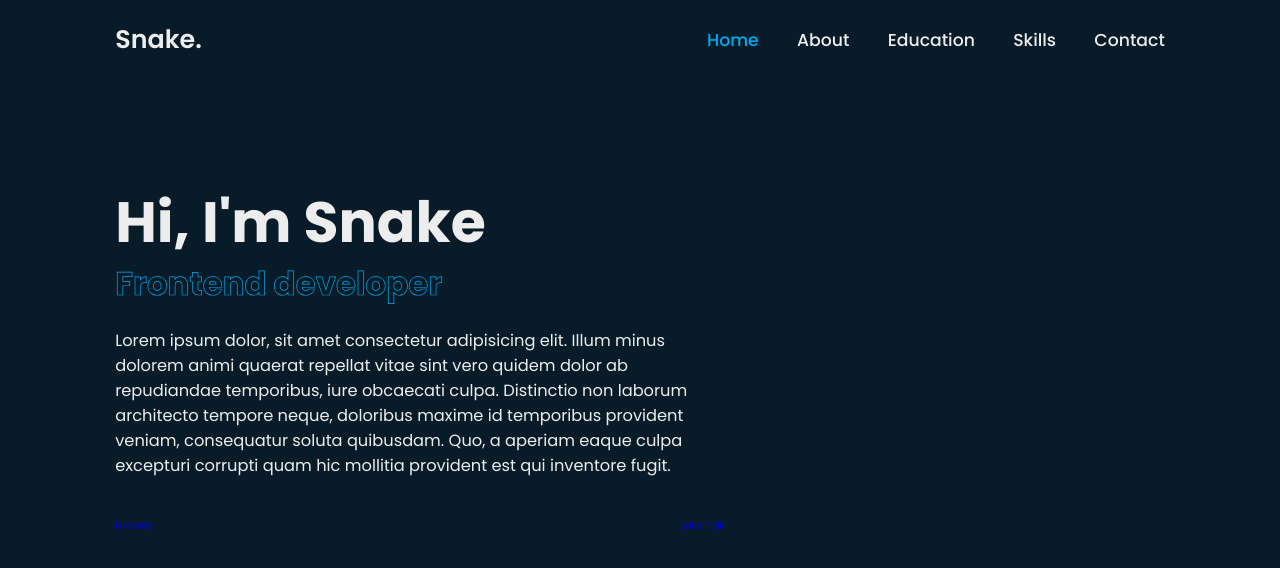
Repository: Tanty102/About_Me
Page: index.html
These files come from the project's save history. The page is drawn as it stood at one moment and after the next save; the edit follows.
The browser window is 1280 px wide. The pictures show the whole page.

Above is the page before, as saved 2023-09-12 16:42:35.

### index.html
<!DOCTYPE html>
<html lang="en">
  <head>
    <meta charset="UTF-8" />
    <meta name="viewport" content="width=device-width, initial-scale=1.0" />
    <link rel="stylesheet" href="style.css" />
    <title>CV Snake</title>
  </head>

  <!-- box icons -->
  <link href='https://unpkg.com/boxicons@2.1.4/css/boxicons.min.css' rel='stylesheet'>
  <body>
    <!-- Header design -->
    <header class="header">
      <a href="#" class="logo">Snake.</a>

      <div class="bx bx-menu" id="menu-icon"></div>

      <nav class="navbar">
        <a href="#home" class="active">Home</a>
        <a href="#about">About</a>
        <a href="#education">Education</a>
        <a href="#skills">Skills</a>
        <a href="#contact">Contact</a>
      </nav>
    </header>

    <!-- home section design -->
    <section class="home" id="home">
      <div class="home-content">
        <h1>Hi, I'm <span>Snake</span></h1>
        <div class="text-animate">
          <h3>Frontend developer</h3>
        </div>
        <p>Lorem ipsum dolor, sit amet consectetur adipisicing elit. Illum minus dolorem animi quaerat repellat vitae sint vero quidem dolor ab repudiandae temporibus, iure obcaecati culpa. Distinctio non laborum architecto tempore neque, doloribus maxime id temporibus provident veniam, consequatur soluta quibusdam. Quo, a aperiam eaque culpa excepturi corrupti quam hic mollitia provident est qui inventore fugit.</p>

        <div class="btn-box">
          <a href="#" class="btn">Hire Me</a>
          <a href="#" class="btn">Let's Talk</a>
        </div>
      </div>
    </section>

    <script src="main.js"></script>
  </body>
</html>

### style.css
@import url("https://fonts.googleapis.com/css2?family=Poppins:wght@300;400;500;600;700;800;900&display=swap");

* {
  margin: 0;
  padding: 0;
  box-sizing: border-box;
  text-decoration: none;
  border: none;
  outline: none;
  scroll-behavior: smooth;
  font-family: "Poppins", sans-serif;
}

:root {
  --bg-color: #081b29;
  --second-bg-color: #112e42;
  --text-color: #ededed;
  --main-color: #00abf0;
}

html {
  font-size: 63.5%;
  overflow-x: hidden;
}

body {
  background: var(--bg-color);
  color: var(--text-color);
}

.header {
  position: fixed;
  top: 0;
  left: 0;
  width: 100%;
  padding: 2rem 9%;
  background: transparent;
  display: flex;
  justify-content: space-between;
  align-items: center;
  z-index: 100;
}

.logo {
  font-size: 2.5rem;
  color: var(--text-color);
  font-weight: 600;
}

.navbar a {
  font-size: 1.7rem;
  color: var(--text-color);
  font-weight: 500;
  margin-left: 3.5rem;
  transition: 0.3s;
}

.navbar a:hover,
.navbar a.active{
  color: var(--main-color);
}

#menu-icon {
  font-size: 3.6rem;
  color: var(--text-color);
  cursor: pointer;
  display: none;
}

section {
  min-height: 100vh;
  padding: 10rem 9% 2rem;
}

.home {
  display: flex;
  align-items: center;
  padding: 0 9%;
}

.home-content {
  max-width: 60rem;
}

.home-content h1 {
  font-size: 5.6rem;
  font-weight: 700;
  line-height: 1.3;
}

.home-content .text-animate {
  position: relative;
  width: 32.8rem;
}

.home-content .text-animate h3 {
  font-size: 3.2rem;
  font-weight: 700;
  color: transparent;
  -webkit-text-stroke: 0.7px var(--main-color);
}

.home-content p {
  font-size: 1.6rem;
  margin: 2rem 0 4rem;
}

.btn-box {
  position: relative;
  display: flex;
  justify-content: space-between;
  width: ;
}

Loaded but not shown: main.js (no copy from this time; the picture is the same without it)

After the next save:
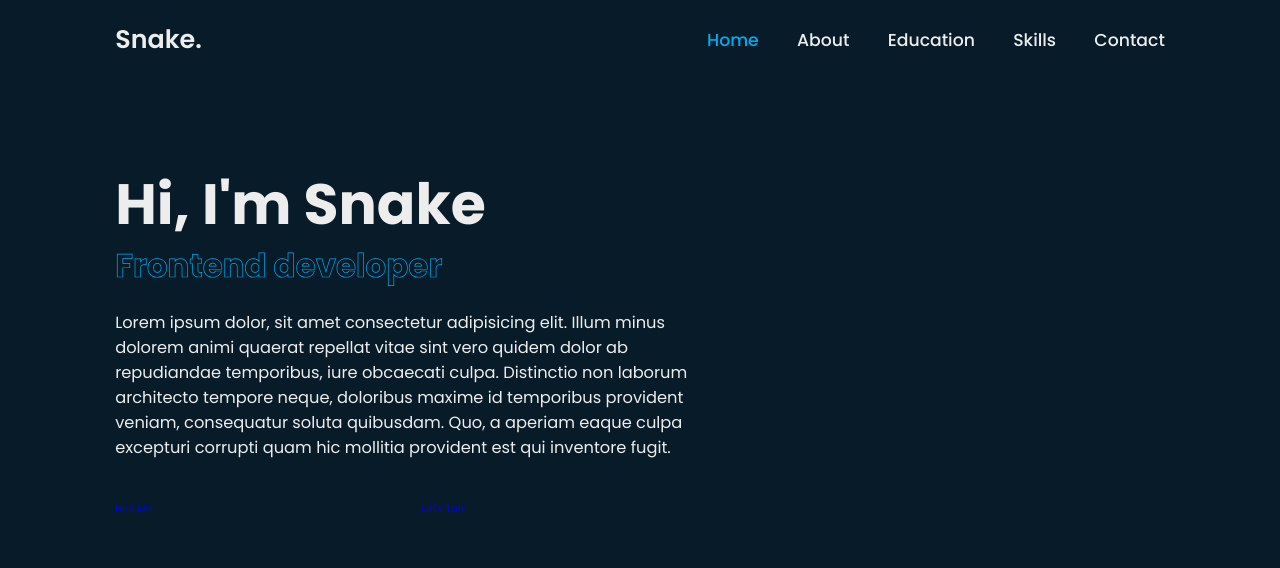
Saved 6 s later.
--- a/style.css
+++ b/style.css
@@ -109,5 +109,6 @@ section {
   position: relative;
   display: flex;
   justify-content: space-between;
-  width: ;
+  width: 34.5rem;
+  height: 5rem;
 }
